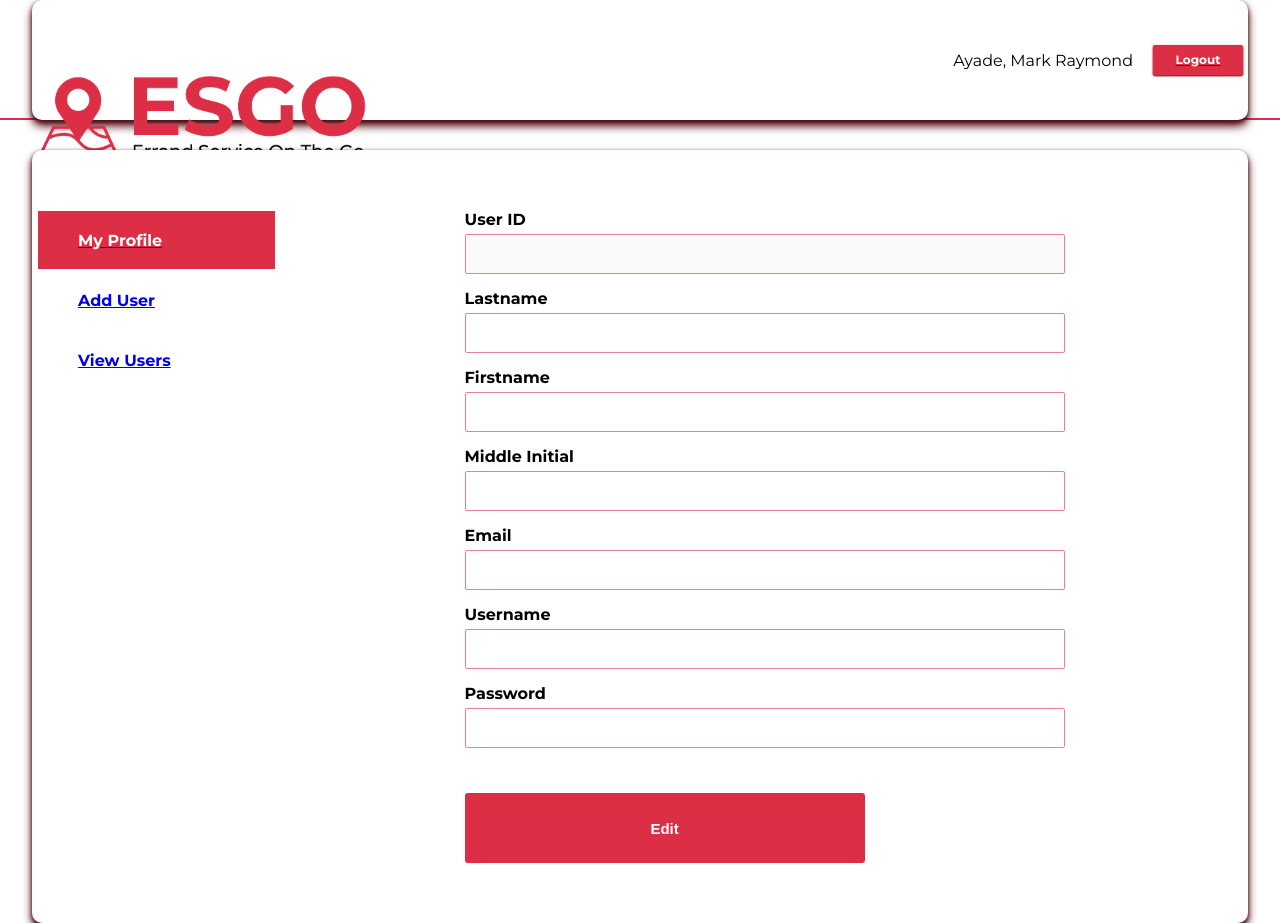
Repository: azkalonz/Int-Prog-2
Page: http://localhost/Int_Prog_2/?page=home
An editor plug-in stored every save of this project. The page is shown before and after a run of saves, followed by the edit.
The browser window is 1280 px wide. The pictures show the whole page.
The page is served by Tomcat 9. Other server files are loaded and not shown.

Above is the page before, as saved 2021-03-30 05:37:40.

### Int Prog 2/WebContent/index.jsp
<jsp:include page="/WEB-INF/layout/header.jsp"/>
<main>
        <div class="container">
            <div class="nav">
                <a href="./home.html">
                    <div class="links active">My Profile</div>
                </a>
                <a href="./user.html">
                    <div class="links">Add User</div>
                </a>
                <a href="./users.html">
                    <div class="links">View Users</div>
                </a>
            </div>

            <div class="content">
                <form>
                    <div class="infos">
                        <span>User ID</span>
                        <input type="text" disabled>
                    </div>
                    <div class="infos">
                        <span>Lastname</span>
                        <input type="text">
                    </div>
                    <div class="infos">
                        <span>Firstname</span>
                        <input type="text">
                    </div>
                    <div class="infos">
                        <span>Middle Initial</span>
                        <input type="text">
                    </div>
                    <div class="infos">
                        <span>Email</span>
                        <input type="text">
                    </div>
                    <div class="infos">
                        <span>Username</span>
                        <input type="text">
                    </div>
                    <div class="infos">
                        <span>Password</span>
                        <input type="text">
                    </div>
                    <input class="button" type="submit" value="Edit">
                </form>
            </div>
        </div>
    </main>
<jsp:include page="/WEB-INF/layout/footer.jsp"/>

### Int Prog 2/WebContent/WEB-INF/layout/header.jsp
<%@ page language="java" contentType="text/html; charset=ISO-8859-1"
	pageEncoding="ISO-8859-1"%>
<!DOCTYPE html>
<html>
<head>
<meta charset="ISO-8859-1">
<title>Employee</title>
<link rel="stylesheet" href="<%=request.getContextPath()%>/css/style.css"/>
</head>
<body>
	<header>
	        <div class="container">
	            <div class="logo-con">
	                <img src="<%=request.getContextPath()%>/assets/logo/horizontal.png">
	            </div>
	            <div class="account-con">
	                <span>Ayade, Mark Raymond</span>
	                <a href="./login.html">
	                    <div class="button">Logout</div>
	                </a>
	            </div>
	        </div>
	    </header>

### Int Prog 2/WebContent/css/style.css
@import url("https://fonts.googleapis.com/css2?family=Montserrat:ital,wght@0,100;0,200;0,300;0,400;0,500;0,600;0,700;1,100;1,200;1,300;1,400;1,500;1,600&display=swap");

* {
  margin: 0;
  padding: 0;
  box-sizing: border-box;
}

body {
  font-family: "Montserrat";
  font-size: 100%;
}

header {
  display: flex;
  justify-content: center;
  width: 100%;
  height: 120px;
  position: relative;
  border-bottom: 2px solid rgb(220, 46, 69);
}

header .container {
  display: flex;
  justify-content: space-between;
  width: 95%;
  max-width: 1300px;
}

header .container .logo-con {
  padding-top: 5px;
}

header .container .logo-con img {
  height: 100px;
}

header .container .account-con {
  display: flex;
  align-items: center;
}

header .account-con .button {
  width: 90px;
  height: 30px;
  margin-left: 20px;
  border: none;
  background: rgb(220, 46, 69);
  box-shadow: 0 1px 2px 0 rgba(122, 7, 22, 0.783),
    0 1px 2px 0 rgba(122, 7, 22, 0.783);
  cursor: pointer;
  color: white;
  font-family: "Montserrat";
  font-weight: bold;
  font-size: 12px;
  border-radius: 2px;
  line-height: 30px;
  text-align: center;
}

header .account-con .button:hover {
  background: rgb(187, 32, 53);
}

.login-container {
  background: rgb(220, 46, 69);
  display: flex;
  align-items: center;
  justify-content: center;
  height: 100vh;
  font-family: "Montserrat";
  color: rgb(22, 22, 22);
}

.container {
  position: relative;
  background: white;
  width: 85%;
  max-width: 1024px;
  border-radius: 10px;
  display: flex;
  box-shadow: 0 2px 4px 0 rgb(80, 12, 21), 0 6px 10px 0 rgb(80, 12, 21);
  padding: 60px 5px;
}

.container .logo-container {
  display: flex;
  justify-content: center;
  align-items: center;
  flex-direction: column;
  flex: 3;
}

.logo-container img {
  width: 200px;
  padding-bottom: 35px;
}

.logo-container span {
  color: rgb(220, 46, 69);
  font-weight: bold;
  font-size: 40px;
}

.container .form-container {
  display: flex;
  justify-content: center;
  align-items: center;
  height: 100%;
  flex: 2;
}

.form-container h1 {
  margin-bottom: 20px;
}

.form-container .input-con {
  margin-bottom: 20px;
}

.form-container .input-con input {
  height: 45px;
  width: 300px;
  font-family: "Montserrat";
  padding: 5px 10px;
  border-radius: 5px;
  border: 1px solid rgb(233, 129, 143);
}

.form-container button {
  width: 150px;
  height: 50px;
  background: rgb(220, 46, 69);
  border: none;
  color: white;
  font-size: 16px;
  cursor: pointer;
  border-radius: 4px;
  box-shadow: 0 1px 2px 0 rgba(122, 7, 22, 0.783),
    0 1px 2px 0 rgba(122, 7, 22, 0.783);
  margin-top: 10px;
  font-weight: bold;
  font-family: "Montserrat";
}

.form-container button:hover {
  background: rgb(187, 32, 53);
}

main {
  width: 100%;
  display: flex;
  justify-content: center;
  padding-top: 30px;
}

main .container {
  width: 95%;
  max-width: 1300px;
  display: flex;
  justify-content: center;
}

main .container .nav {
  flex: 2;
  margin-right: 10px;
}

main .container .nav .links {
  padding-left: 40px;
  height: 60px;
  line-height: 60px;
  font-weight: bold;
  border: 1px solid white;
}

.active {
  background: rgb(220, 46, 69);
  color: white;
}

main .container .nav .links:hover {
  background: rgb(220, 46, 69);
  color: white;
  transition: 0.4s;
}

main .container .content {
  flex: 8;
  display: flex;
  justify-content: center;
}

main .container .content .infos {
  display: flex;
  flex-direction: column;
  padding-bottom: 15px;
}

main .container .content .infos span {
  padding-bottom: 5px;
  font-weight: bold;
}

main .container .content .infos input {
  width: 600px;
  height: 40px;
  border-radius: 2px;
  border: 1px solid rgb(233, 129, 143);
  padding: 0 10px;
}

main .container .content .button {
  width: 400px;
  height: 70px;
  background: rgb(220, 46, 69);
  border: none;
  margin-top: 30px;
  color: white;
  font-weight: bold;
  font-size: 15px;
  cursor: pointer;
  border-radius: 3px;
}

main .container .content .button:hover {
  background: rgb(187, 32, 53);
}

main .container .content .infos {
  display: flex;
  flex-direction: column;
  padding-bottom: 15px;
}

main .container .content .infos span {
  padding-bottom: 5px;
  font-weight: bold;
}

main .container .content .infos input {
  width: 600px;
  height: 40px;
  border-radius: 2px;
  border: 1px solid rgb(233, 129, 143);
  padding: 0 10px;
}

main .container .content .button {
  width: 400px;
  height: 70px;
  background: rgb(220, 46, 69);
  border: none;
  margin-top: 30px;
  color: white;
  font-weight: bold;
  font-size: 15px;
  cursor: pointer;
  border-radius: 3px;
}

main .container .content .button:hover {
  background: rgb(187, 32, 53);
}

main .container .content {
  max-height: 800px;
  overflow-y: scroll;
}

main .container .content table {
  width: 100%;
  margin: 0 15px;
  text-align: center;
  border-spacing: 0;
}

main .container .content table thead {
  background: rgb(220, 46, 69);
}

main .container .content table thead th {
  height: 60px;
  column-gap: 0;
  color: white;
}

main .container .content table tbody tr {
  height: 50px;
  background: rgba(247, 244, 244, 0.375);
}

main .container .content table tbody tr td:last-child {
  display: flex;
  justify-content: center;
  padding: 10px 0;
}

main .container .content table tbody .button-action {
  width: 80px;
  height: 30px;
  text-align: center;
  line-height: 30px;
  margin: 0 5px;
  font-size: 12px;
  color: white;
  border-radius: 3px;
  cursor: pointer;
}

.orange {
  background: coral;
  box-shadow: 0px 0px 2px -1px rgba(230, 63, 2, 0.443);
}

.red {
  background: crimson;
  box-shadow: 0px 0px 2px -1px rgba(199, 2, 41, 0.653);
}

.orange:hover {
  background: rgb(248, 95, 39);
}

.red:hover {
  background: rgb(194, 4, 42);
}

Loaded but not shown: Int Prog 2/WebContent/WEB-INF/layout/footer.jsp (common file)

After the next 2 saves:
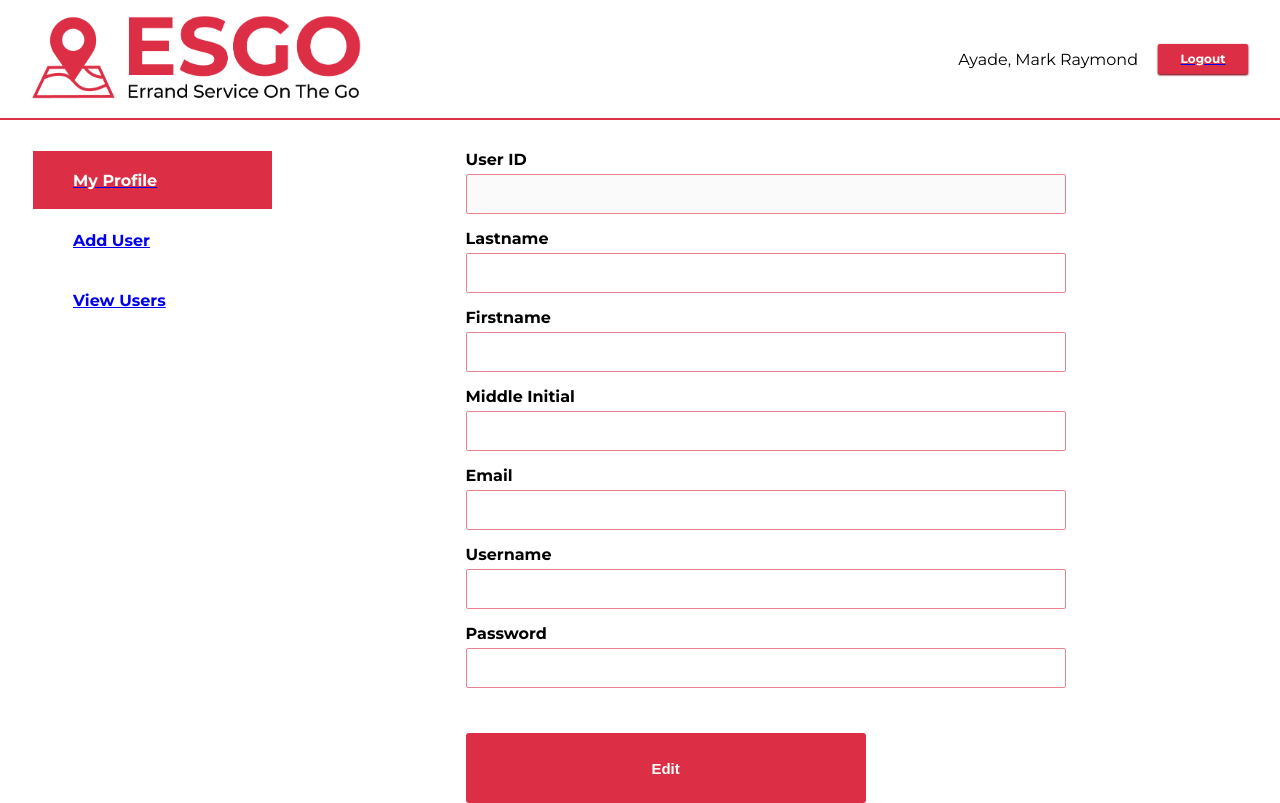
The 2 saves are shown as one change because they came seconds apart.
The last was saved 2 min 49 s later.
--- a/Int Prog 2/WebContent/css/style.css
+++ b/Int Prog 2/WebContent/css/style.css
@@ -72,7 +72,7 @@ header .account-con .button:hover {
   color: rgb(22, 22, 22);
 }
 
-.container {
+.login-container > .container {
   position: relative;
   background: white;
   width: 85%;
@@ -83,7 +83,7 @@ header .account-con .button:hover {
   padding: 60px 5px;
 }
 
-.container .logo-container {
+.login-container > .container .logo-container {
   display: flex;
   justify-content: center;
   align-items: center;
